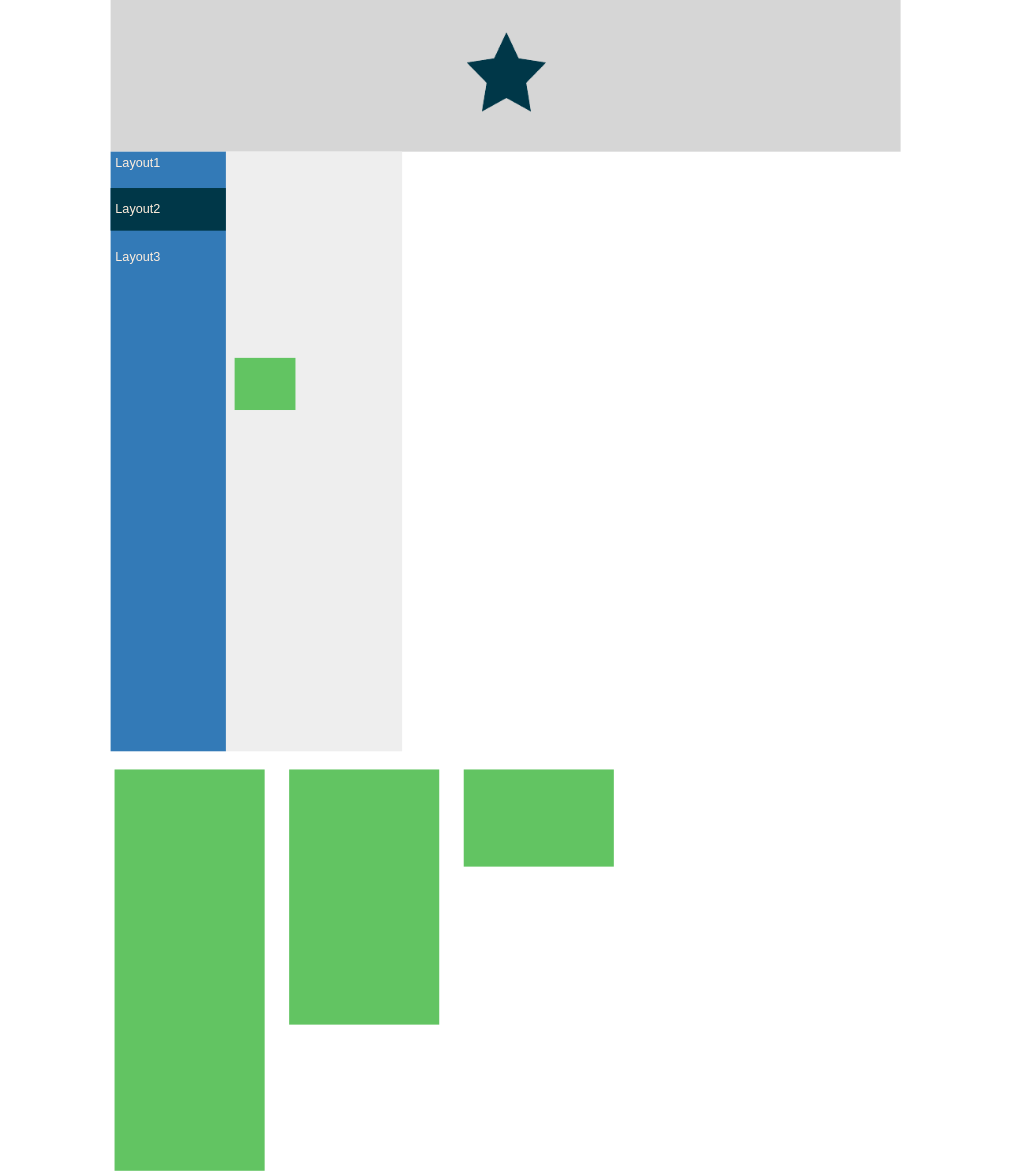
Repository: baliayassin/MyGame
Page: Documents/Aptana Studio 3 Workspace/homeWork2/layOut2.html
An editor plug-in stored every save of this project. The page is shown before and after the next save, followed by the edit.
The browser window is 1280 px wide. The pictures show the whole page, at 79% of full size.

Above is the page before, as saved 2017-11-29 13:03:05.

After the next save:
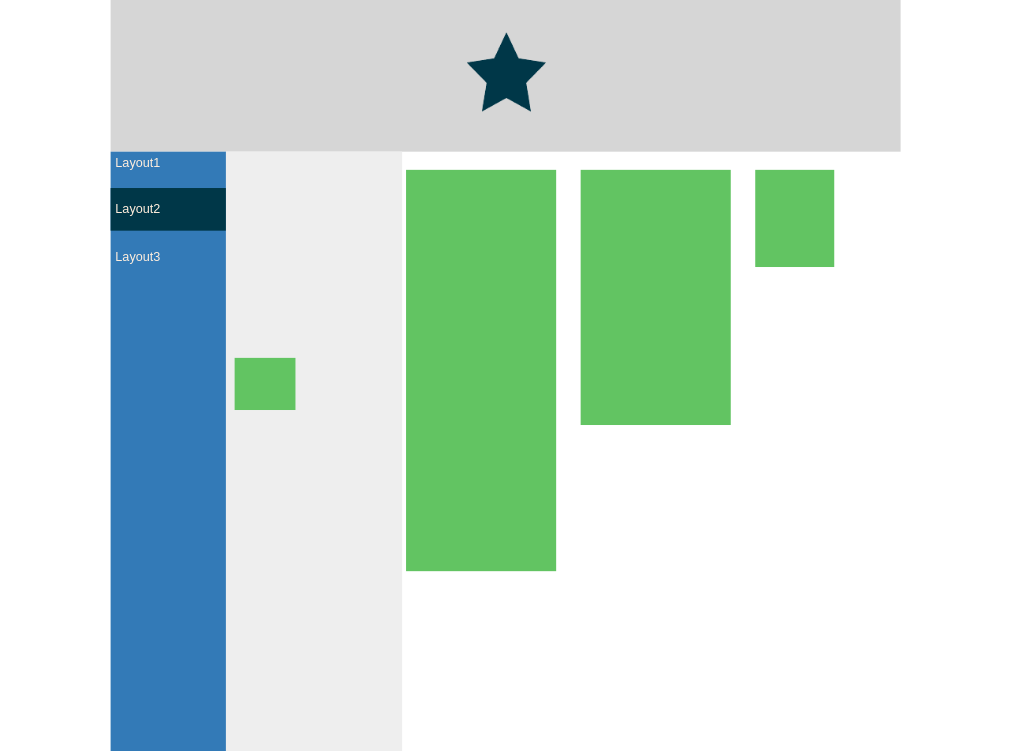
Saved 33 s later.
--- a/Documents/Aptana Studio 3 Workspace/homeWork2/includes/style.css
+++ b/Documents/Aptana Studio 3 Workspace/homeWork2/includes/style.css
@@ -278,7 +278,7 @@
 	background:#62C462;
 	margin-left:31px;
 	height:123px;
-	width:190px;
-	float:left;
-
-}
+	width:100px;
+	float:left;
+
+}

After the save that followed:
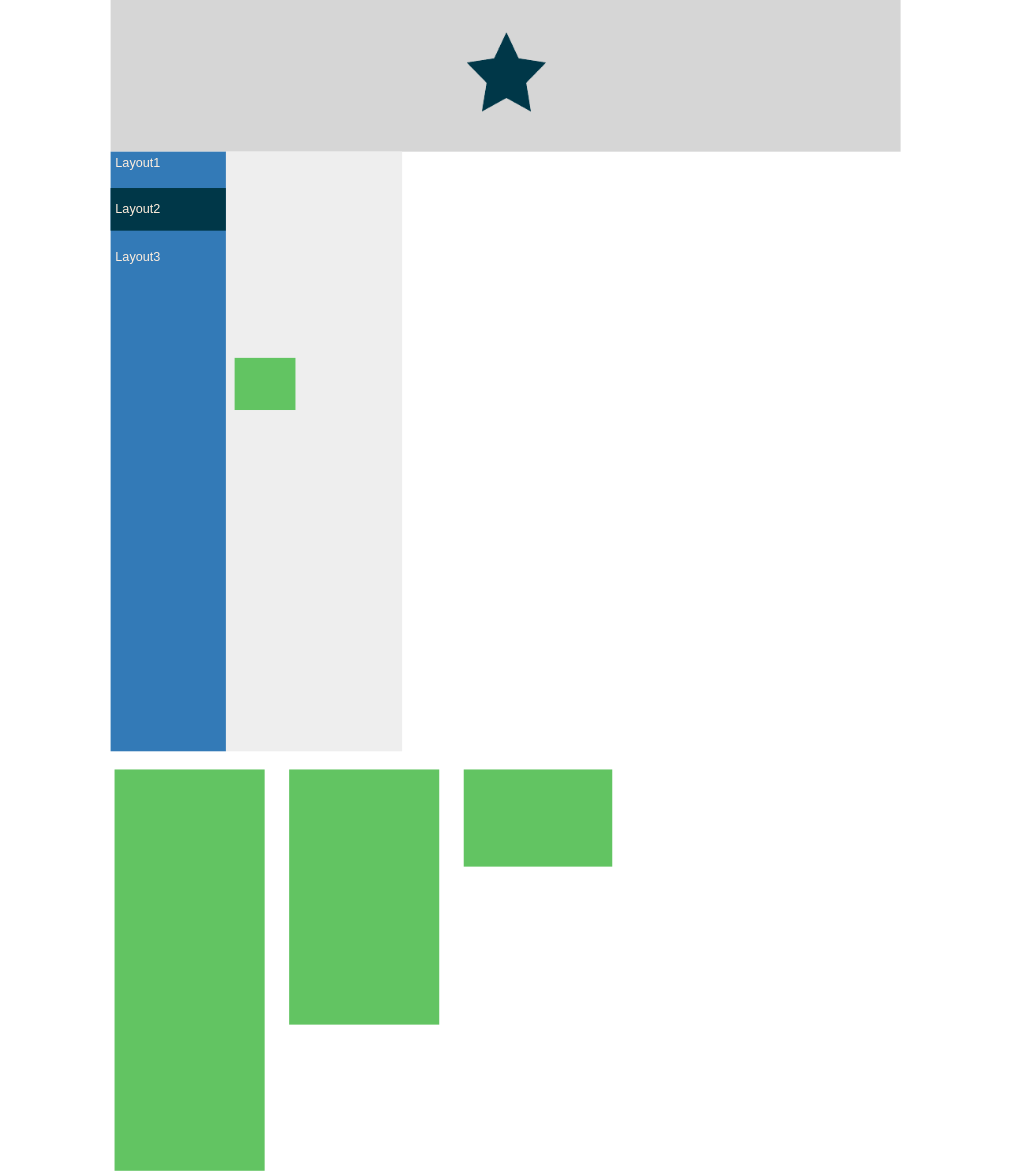
Saved 24 s later.
--- a/Documents/Aptana Studio 3 Workspace/homeWork2/includes/style.css
+++ b/Documents/Aptana Studio 3 Workspace/homeWork2/includes/style.css
@@ -278,7 +278,7 @@
 	background:#62C462;
 	margin-left:31px;
 	height:123px;
-	width:100px;
-	float:left;
-
-}
+	width:188px;
+	float:left;
+
+}
